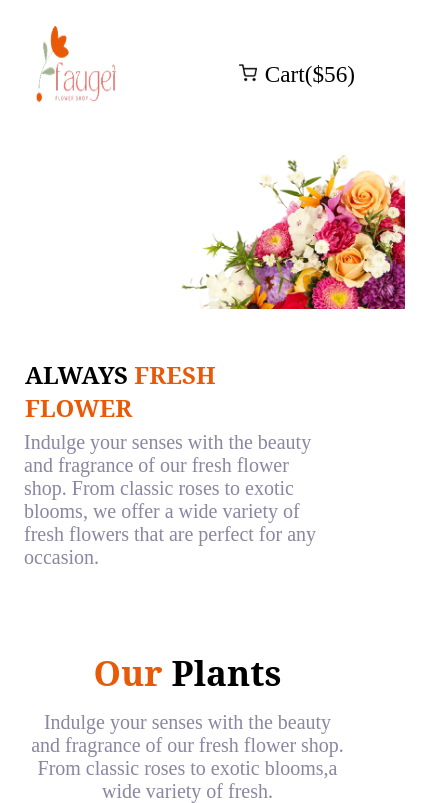
Repository: dollyrakhe22/Flowers-main-website
Page: index.html
An editor plug-in stored every save of this project. The page is shown before and after the next save, followed by the edit.
The browser window is 375 px wide. The page is 435 px wide, so the pictures cover 435 px, including what lies to the right of the window. The pictures show the whole page.
Some web libraries are served in a nearby version.

Above is the page before, as saved 2025-07-25 17:00:04.

### index.html
<!DOCTYPE html>
<html lang="en">
<head>
    <meta charset="UTF-8">
    <meta name="viewport" content="width=device-width, initial-scale=1.0">
    <title>Flowers Site</title>
    <link rel="stylesheet" href="style.css">
    <link rel="stylesheet" href="https://cdnjs.cloudflare.com/ajax/libs/font-awesome/7.0.0/css/all.min.css" integrity="sha512-DxV+EoADOkOygM4IR9yXP8Sb2qwgidEmeqAEmDKIOfPRQZOWbXCzLC6vjbZyy0vPisbH2SyW27+ddLVCN+OMzQ==" crossorigin="anonymous" referrerpolicy="no-referrer" />
</head>
<body >
  <!--Header-Section -->
    <header>
           <nav class="nav-bar display-flex">
                <img src="assets/logo.png" alt="" srcset="">

                   <ul class="list-link display-flex ">

                <li class="list-item text-black ">Home</li>
                <li class="list-item text-gray">Shop</li>
                <li class="list-item text-gray">About us</li>
                <li class="shopping"><img src="assets/shopping-cart (1).jpg"id="shopping-card" alt="" srcset=""width="15px" height="15px">Cart($56)</li>
             </ul>
           </nav>
           </header>
   <main>
  <!--Fresh Flowers-->
   <!---->
 <section class="flower-section display-flex">
  <div class="fresh-flower">
   <h1 class="flower-title noto-serif-normal">ALWAYS <span class="primary-color">FRESH<br> FLOWER</span></h1>
   <p class="flower-description text-gray">Indulge your senses with the beauty and fragrance of our fresh flower shop. From classic roses to exotic blooms,
     we offer a wide variety of fresh flowers that are perfect for any occasion.</p>
  </div>
<!---->
  <div class="flower-img">
    <img src="assets/hero-flower.png" alt="" srcset="">
  </div>

 </section>
 <!--Plants-->
<section class="plants-section" >

    <h1 class="plant-title noto-serif-normal"><span class="primary-color">Our</span> Plants</h1>
    <p class="plant-description text-gray">Indulge your senses with the beauty
      and fragrance  of our fresh flower shop. <span style="display: block;"> From classic roses to exotic blooms,a wide variety of fresh.</span>
     </p>

</section>
<!--Plant-Card-Container--
<section >
<div class="card-container">
  <div class="plant-card">
    <img src="assets/sample-flower-image.png" alt="" srcset="">
    <h4 class="lily">Lilly Blossom</h4>
    <p class="price">20 USD</p>
    <button class="btn">ADD TO CART</button>
  </div>
  <div class="plant-card">
    <img src="assets/sample-flower-image.png" alt="" srcset="">
    <h3 class="lily">Lilly Blossom</h3>
    <p class="price">20 USD</p>
    <button class="btn">ADD TO CART</button>
  </div>
  <div class="plant-card">
    <img src="assets/sample-flower-image.png" alt="" srcset="">
    <h3 class="lily">Lilly Blossom</h3>
    <p class="price">20 USD</p>
    <button class="btn">ADD TO CART</button>
  </div>
  <div class="plant-card">
    <img src="assets/sample-flower-image.png" alt="" srcset="">
    <h3 class="lily">Lilly Blossom</h3>
    <p class="price">20 USD</p>
    <button class="btn">ADD TO CART</button>
  </div>

<div class="plant-card">
    <img src="assets/sample-flower-image.png" alt="" srcset="">
    <h3 class="lily">Lilly Blossom</h3>
    <p class="price">20 USD</p>
    <button class="btn">ADD TO CART</button>
  </div>
  <div class="plant-card">
    <img src="assets/sample-flower-image.png" alt="" srcset="">
    <h3 class="lily">Lilly Blossom</h3>
    <p class="price">20 USD</p>
    <button class="btn">ADD TO CART</button>
  </div>
  <div class="plant-card">
    <img src="assets/sample-flower-image.png" alt="" srcset="">
    <h3 class="lily">Lilly Blossom</h3>
    <p class="price">20 USD</p>
    <button class="btn">ADD TO CART</button>
  </div>
  <div class="plant-card">
    <img src="assets/sample-flower-image.png" alt="" srcset="">
    <h3 class="lily">Lilly Blossom</h3>
    <p class="price">20 USD</p>
    <button class="btn">ADD TO CART</button>
  </div>

</div>
</section hidden>
<!--Flowers-Lovers--
<section class="flower-plant display-flex">
  <div class="badge-container">
    <img id="badge" src="assets/trusted-badge.png" alt="" srcset="" >
    <img src="assets/flower-store.png" alt="" srcset="">
  </div>
  <div class="plan-about">
    <h1 class="lover-title noto-serif-normal">Flowers and Plant Lovers</h1>
    <ul class="lover-description">
      <li class="text-gray">Indulge your senses with the beauty and fragrance of our fresh flower shop.
         From classic roses to exotic blooms, we offer a wide variety of fresh.</li>
      <li class="text-gray">Indulge your senses with the beauty and fragrance of our fresh flower shop.
         From classic roses to exotic blooms, we offer a wide variety of fresh.</li>
      <li class="text-gray">Indulge your senses with the beauty and fragrance of our fresh flower shop.
         From classic roses to exotic blooms, we offer a wide variety of fresh.</li>
    </ul>
  </div>
</section>
<!--Latest-Deals--
<section class="latest-section"  hidden>

    <h1 class="latest-title noto-serif-normal"><span class="primary-color">Latest</span> Deals</h1>
    <p class="latest-description text-gray">Indulge your senses with the beauty
      and fragrance  of our fresh flower shop. <span style="display: block;"> From classic roses to exotic blooms,a wide variety of fresh.</span>
     </p>
</section>
<!--Latest-Deals-Box--
 <section class ="latest-box" hidden>
  <div class="row">
    <div class="card" style="background-image:url(assets/deal-bloom.png) " style="background:#C8C8C8;">
        <div class="bloom-text">
          <h4 class="bloom noto-serif-normal">60% Off | Bloom Plant</h4>
         <a href="shop" class="shop">Shop Now</a>

        </div>
      </div>
    <div class="card" style="background-image:url(assets/deal-ana.png)" >
        <div class="bloom-text">
          <h4 class="bloom noto-serif-normal">60% Off | Bloom Plant</h4>
         <a href="shop" class="shop">Shop Now</a>
        </div>

      </div>
  </div>

  <div class="zabo" style="background-image: url(assets/deal-zabo.png);">
  <div class="zabo-text">
    <h1 class="zabo-title noto-serif-normal">25% Off | Zabo Plant</h1>
    <a href="shop" class="zabo-shop">shop Now</a>

  </div>



</div>

 </section>
<!--Search-Section--
<section hidden>
  <div class="branch">

      <h1 class="branch-title noto-serif-normal">Join the colorful Bunch</h1>
       <div class="wrapper">
      <div class="input-data display-flex">
    <input type="text" name="" id="" placeholder="Write email">

    <button class="search-button">Subscribe</button>

      </div>
  </div>
  </div>
</section>

<!--Footer --
<div class="footer display-flex" hidden>
<div class="footer-section">
 <img src="assets/logo.png" alt="" srcset="">
 <p class="text-gray footer-description">Indulge your senses with the
  <br>beauty and fragrance of our fresh <br>flower shop. </p>
</div class="display-flex">


<div class="footer-list">
  <ul>
   <li class="footer-link text-gray" >Home</li>
   <li class="footer-link text-gray">About us</li>
   <li class="footer-link text-gray">Blog</li>
   <li class="footer-link text-gray">FAQ</li>
   <li class="footer-link text-gray">Contact Us</li>

  </ul>
</div>
<div class="footer-list display-flex icon-list">
<div class=" list">
  <ul>
    <li class="footer-link text-gray">Feature</li>
    <li class="footer-link text-gray">Pricing</li>
    <li class="footer-link text-gray">Privacy Of Policy</li>
    <li class="footer-link text-gray">Terms Of Service</li>
    <li class="footer-link text-gray">Help Center</li>
  </ul>

      <span class="social-icon">
      <img src="assets/icon-linkedin.png" alt="" srcset="" width="30px" height="30px" >
    <img src="assets/icon-twitter.png" alt="" srcset=""  width="30px" height="30px" >
    <img src="assets/icon-facebook.png" alt="" srcset="" width="30px" height="30px" >
    <img src="assets/icon-youtube.png" alt="" srcset="" width="30px" height="30px">
      </span>
  </div>
















</div>



    </main>
    <footer>

    </footer>
</body>
</html>

### style.css
@import url('https://fonts.googleapis.com/css2?family=Noto+Serif:ital,wght@0,100..900;1,100..900&display=swap');

*{
    box-sizing: border-box;
    margin: 0;
    padding: 0;
}

.noto-serif-normal{
  font-family: "Noto Serif", serif;
  font-optical-sizing: auto;
  font-style: normal;

}
/*shared style*/
.display-flex{
    display: flex;
}
/*black*/
.text-black{
    color:#252432;
    font-weight: bold;
}
/*dark 02*/
.text-gray{
    color: #8987A1;
}
.primary-color{
    color:#E95A08;
}
/*navbar start*/
.nav-bar{
   justify-content: space-between;
   margin: 20px auto;
   max-width: 1250px;


}
.list-link{
    justify-items: center;
    justify-content: center;
    align-items: center;



}
nav ul li{
    list-style: none;
    margin-right: 30px;
}
#shopping-card{
    margin-right: 8px;
}
/*Fresh Flower*/
.fresh-flower{
    margin-top: 70px;
}
.flower-section{
    max-width: 100%;
   margin: 140px;
   gap: 10px;
}
.flower-title{
      font-size: 3.75rem;
}
.flower-description{
    font-size: 1.25rem;
    margin-top: 20px;
}
/*Plants*/
.plants-section{
  justify-items: center;

}
.plant-title{
    font-size: 2.18rem;
    font-weight: 700;
}
.plant-description{
    font-size: 1.25rem;
    margin-top: 15px;
   text-align: center;

}
/*Plant-Card-Container*/

.card-container{
    max-width: 1150px;
    margin: 45px auto;
    display: grid;
    grid-template-columns: repeat(4,1fr);
    gap: 5px;
}
.plant-card {
    align-items: center;
    justify-items: center;
}
.lily{
    font-size: 1rem;
    font-weight:200;
    margin-top: 10px;
}
.price{
    font-size: 1.06rem;
    font-weight: bold;
    margin-top: 10px;
}
.btn{
   background-color: #E95A08;
   color:white;
   width: 270px;
   height: 33px;
   border: none;
   margin-top: 16px;
   margin-bottom: 12px;
}
/*Flowers and Lover*/
#badge{
    width: 240px;
    height:240px;
    margin-left: 443px;
    margin-bottom: -122px;
    position: relative;

}
.badge-container{
    margin-top: -147px;
}




.flower-plant{
   max-width: 100%;
    margin: 170px 160px ;
     width: 1250px;

}
.plan-about{
    margin-left: -5px;
    width: 300px;
    margin-right: 268px;
    justify-content: center;
    justify-items: center;


}


.flower-plant img{
    width: 590px;
    height: 450px;
}
.lover-title{
    font-size: 50px;
    width: 470px;
    margin-top: -12px;
    margin-left: 124px;
}
.lover-description{
    font-size: 1.25rem;
    margin-top: 30px;
    margin: 21px;
    width: 400px;
}
.lover-description{
     margin-left: 118px;
}
/*latest-Deals*/
.latest-section{
  justify-items: center;


}
.latest-title{
    font-size: 2.18rem;
    font-weight: 700;
    margin-top: -75px;
}
.latest-description{
    font-size: 1.25rem;
    margin-top: 15px;
   text-align: center;

}

/*Latest-Deals-Box*/
.bloom{
    color: white;
    font-size: 1.2rem;

}
   a{
     color:white;
     font-size: 0.8rem;

}
/*
.zabo-font{
    color:white;
    padding: 180px;
    margin-left: 43px;

}
*/
.zabo-title{
    color: white;
    font-size: 2.06rem;
    font-weight: 700;

}
.card{
   background-repeat: no-repeat;


}
.card {
    text-align: center;
    justify-items: center;
    width: 360px;
    height:163px;
    margin-bottom: 19px;
    margin-left: -105px;
    border-radius: 10px;

}
.zabo {
     background-repeat: no-repeat;
     width: 750px;
     height: 345px;
     margin-left: 20px;
     border-radius: 10px;
}


.row{
   display: grid;
 grid-template-columns: repeat(1,1fr);


}
.zabo-text {
    padding: 180px;
    margin-top:-42px;

}
.zabo-shop{
    font-size: 2rem;
    margin-left:105px;
    font-weight: 800;
}
.bloom-text{
   padding: 65px;
}
.shop{
    font-size: 1.3rem;
    margin-left:10px;
}
.latest-box{
    display: flex;
    margin: 50px 267px;
    width: 1140%;
}
/*Search Section*/
.branch{
    background-image: url(assets/news-letter-bg.png);
    margin-bottom: 50px;
    width: 1490px;
    height:398px;
    background-size: cover;
    text-align: center;
    padding: 170px;

}
.input-data{
   justify-content: center;
}

.branch-title{
    font-size: 2.18rem;
    color: white;
}
.wrapper{
    padding: 22px;

}
.input-data{
    height: 39px;
}
input{
    width: 540px;
}
.search-button{
    background-color:#E95A08;
    color: white;
    border: none;
    width: 130px;
}
/*Footer*/
.footer{
   max-width: 100%;
   margin-bottom: 50px;

}
.footer-section{
    margin: 6px 80px;

}
.footer-description{
    font-size: 1.25rem;
    margin-top: 20px;
}
.footer-list{
    margin: 60px;
    margin-left: 100px;
}
.icon-list{
    display: flex ;
    justify-content: center;

}
.list{
         display: inline-flex;
         gap: 10px;

         margin-left: 110px;
}
.social-icon{
    margin-left: 120px;
}
.footer-list ul li{
       list-style: none;
}
.footer-link{
    line-height: 40px;
    font-size: 1.125rem;
}
.social-icon img{
    margin-right: 25px;
}



/*Responsive media query*/
/*Mobile device */
@media screen and (max-width:576px){
    .nav-bar{
        max-width: 100%;
        margin: 24px auto;
        margin-left: 36px;
    }
    nav img{
        width:80px;
        height: 80px;
    }
   .list-link{
     flex-direction: column;
     align-items: center;
   }
   .list-item{
    display: none;
   }
   .shopping{
       font-size: 1.45rem;
        margin-top: 25px;
        margin-right: 20px;
   }
   li img{
    width: 18px;
    height: 18px;
    max-width: 100%;

   }
   li{
       margin-bottom: 5px;
       margin-top: 50px;
   }
  .flower-section {
       flex-direction: column-reverse;
       margin-top: 40px;

  }
  .flower-img img{
    max-width: 265px;
    margin-left: px;


  }
  .flower-title{
    font-size:1.50rem;
    margin: -35px  0px  -13px -115px;
  }
  .flower-description{
    margin-right: -101px;
    margin-left: -116px;
  }

/*Fresh Flower End*/

.plants-section{
  margin-left: -20px;
    margin: -60px;

}
.plant-description{
         width:315px;
         max-width: 260%;
}

}
/*plant section end*
.card-container{
    grid-template-columns: repeat(2,1fr);
    margin-top: 115px;
     max-width: 1150px;
    margin: 45px auto;
}
.plant-card img{
    max-width:300px;
   width: 210px;
   height: 225px;
   margin-top: 50px;
   margin-left: 20px;


}
  .btn{

   width: 200px;
   height: 52px;
   margin-top: 8px;
   margin-bottom: -30px;
   margin-left: 21px;

}
.lily,.price{

}

}

After the next save:
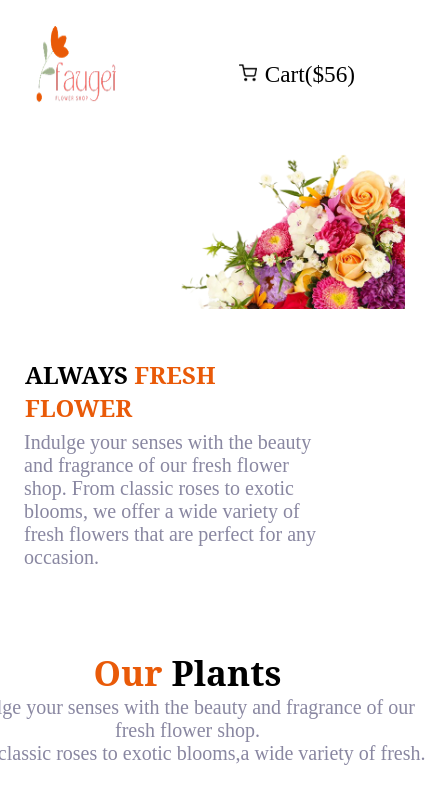
Saved 12 min 0 s later.
--- a/style.css
+++ b/style.css
@@ -403,10 +403,10 @@ input{
 
 }
 .plant-description{
-         width:315px;
-         max-width: 260%;
-}
-
+       margin:0;
+       padding:0;
+
+}
 }
 /*plant section end*
 .card-container{
